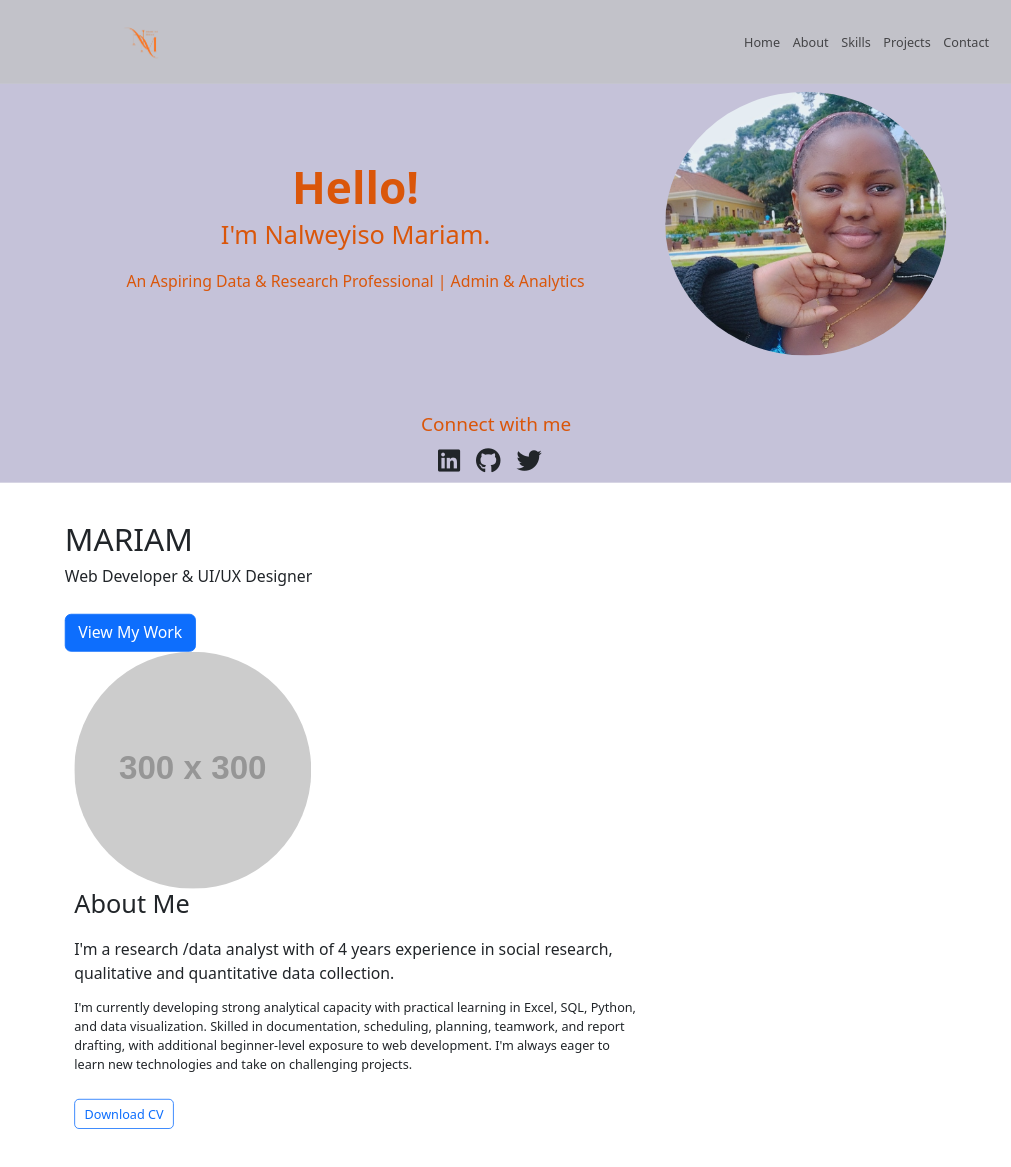
Repository: NalweMari/My-Personal-Portfolio
Page: index.html
The author's editor kept a copy of each file at every save. The page is drawn from the files as they stood at one save, then again after the next save.
The browser window is 1280 px wide. The pictures show the whole page, at 79% of full size.

Above is the page before, as saved 2025-11-27 22:13:50.
Console error (its wording comes from the project's code and is left out).

### index.html
<!DOCTYPE html>
<html lang="en">

<head>
    <meta charset="UTF-8">
    <meta name="viewport" content="width=device-width, initial-scale=1.0">
    <title>My Portfolio</title>
    <link rel="stylesheet" href="style.css">
    <!-- Bootstrap CSS -->
    <link href="https://cdn.jsdelivr.net/npm/bootstrap@5.3.0/dist/css/bootstrap.min.css" rel="stylesheet">
    <!-- Font Awesome for icons -->
    <link rel="stylesheet" href="https://cdnjs.cloudflare.com/ajax/libs/font-awesome/6.4.0/css/all.min.css">

</head>

<body>
    <!-- Navigation -->

    <nav class="navbar navbar-expand-lg navbar-light bg-custom">
        <div class="container me-2">
            <a class="navbar-brand" href="#"><img src="images/Initials_Logo-preview (1).png" alt="Your Logo"
                    height="80"></a> <button class="navbar-toggler" type="button" data- 6 toggle="collapse"
                data-target="#navbarNav" aria-controls="navbarNav" aria-expanded="false" aria-label="Toggle navigation">
                <span class="navbar-toggler-icon"></span> </button>
            <div class="collapse navbar-collapse" id="navbarNav">
                <ul class="navbar-nav ms-auto">
                    <a class="nav-link" href="#">Home</a>
                    </li>
                    <li class="nav-item">
                        <a class="nav-link" href="#">About</a>
                    </li>
                    <li class="nav-item">
                        <a class="nav-link" href="#">Skills</a>
                    </li>
                    <li class="nav-item">
                        <a class="nav-link" href="#">Projects</a>
                    </li>
                    <li class="nav-item"><a class="nav-link" href="#">Contact</a>
                    </li>
                </ul>
            </div>
        </div>
    </nav>

    <!-- Hero Section -->
    <!-- <section id="home" class="hero-section text-center">
        <div class="container">
            <h1 class="display-4 fw-bold">MARIAM</h1>
            <p class="lead">Web Developer & UI/UX Designer</p>
            <a href="#projects" class="btn btn-primary btn-lg mt-3">View My Work</a>
        </div>
    </section> -->
    <section id="home" class="hero-section text-center">
        <div class="container">
            <div class="row align-items-center">
                <div class="col-md-8">
                    <h1 class="display-4 fw-bold">Hello!</h1>
                    <h2 class="mb-4">I'm Nalweyiso Mariam.</h2>
                    <p class="lead">An Aspiring Data & Research Professional | Admin & Analytics</p>
                    <p></p>
                    <!-- <a href="#projects" class="btn btn-primary btn-lg mt-3">View My Work</a>
                    <a href="#" class="btn btn-outline-primary mt-3">Download CV</a> -->
                </div>
                <div class="col-md-4 text-center mb-4">
                    <img src="images/Profile design.png" alt="Profile" class="img-fluid rounded-circle large-profile">
                </div>
                <div class="row mt-5">
                    <div class="col text-center">
                        <h4>Connect with me</h4>
                        <div class="mt-3">
                            <a href="#" class="text-dark me-3"><i class="fab fa-linkedin fa-2x"></i></a>
                            <a href="#" class="text-dark me-3"><i class="fab fa-github fa-2x"></i></a>
                            <a href="#" class="text-dark me-3"><i class="fab fa-twitter fa-2x"></i></a>
                        </div>
                    </div>
                </div>
    </section>
    <!-- About Section -->

      <section id="about" class="py-5">
        <div class="container">
            <h1 class="">MARIAM</h1>
            <p class="lead">Web Developer & UI/UX Designer</p>
            <a href="#projects" class="btn btn-primary btn-lg mt-3">View My Work</a>
    <section id="about" class="">
        <div class="container">
            <div class="row align-items-center">
                <div class="display-4 fw-bold">
                    <img src="https://via.placeholder.com/300" alt="Profile" class="img-fluid rounded-circle">
                </div>
                <div class="col-md-8">
                    <h2 class="mb-4">About Me</h2>
                    <p class="lead">I'm a research /data analyst with of 4 years
                        experience in social research, qualitative and quantitative data collection.</p>
                    <p>I'm currently developing strong analytical capacity with practical learning in Excel, SQL,
                        Python,
                        and data visualization. Skilled in documentation, scheduling, planning, teamwork, and report
                        drafting, with additional beginner-level exposure to web development. I'm always eager to learn
                        new technologies and take on challenging projects.</p>
                    <a href="#" class="btn btn-outline-primary mt-3">Download CV</a>
                </div>
            </div>
        </div>
    </section>
    <script src="https://stackpath.bootstrapcdn.com/bootstrap/4.5.2/js/bootstrap.min.js"></script>
</body>

</html>

### Style.css
.bg-custom {
  background-color: rgba(3, 0, 31, 0.24);
}

.hero-section {
  background-color: rgba(13, 3, 99, 0.24);
  color:  rgb(218, 86, 10);
     /* color: white; */
  padding: 10px 0;
}
.large-profile {
    width: 400px;
    height: 400px;
    object-fit: cover;
}
/* .skill-bar {
  height: 20px;
  background-color: #e9ecef;
  border-radius: 5px;
  margin-bottom: 15px;
}
.skill-progress {
  height: 100%;
  border-radius: 5px;
  background-color: #0d6efd;
}
.project-card {
  transition: transform 0.3s;
}
.project-card:hover {
  transform: translateY(-5px);
} */

After the next save:
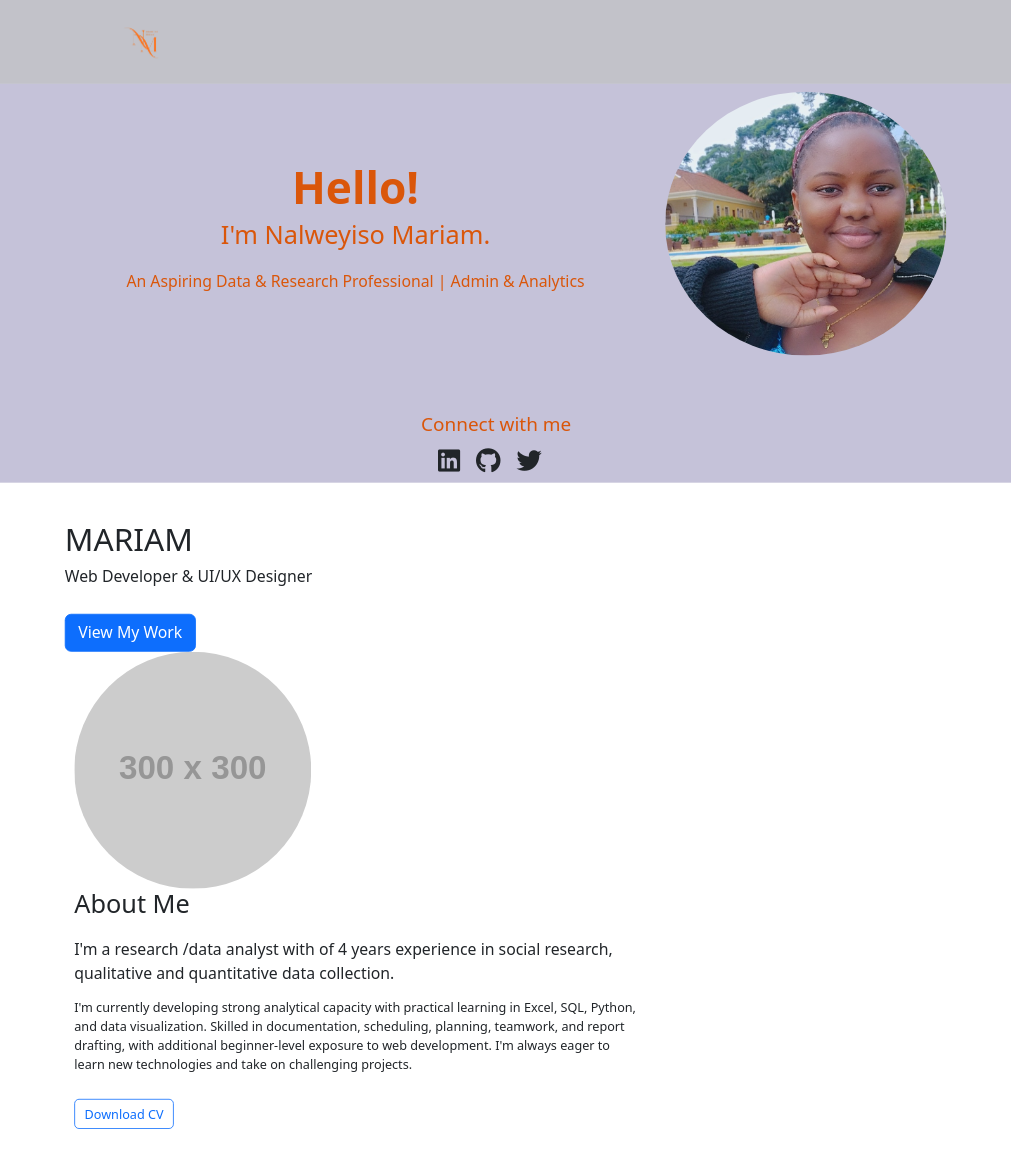
Saved 12 h 45 min later.
--- a/index.html
+++ b/index.html
@@ -24,19 +24,7 @@
                 <span class="navbar-toggler-icon"></span> </button>
             <div class="collapse navbar-collapse" id="navbarNav">
                 <ul class="navbar-nav ms-auto">
-                    <a class="nav-link" href="#">Home</a>
-                    </li>
-                    <li class="nav-item">
-                        <a class="nav-link" href="#">About</a>
-                    </li>
-                    <li class="nav-item">
-                        <a class="nav-link" href="#">Skills</a>
-                    </li>
-                    <li class="nav-item">
-                        <a class="nav-link" href="#">Projects</a>
-                    </li>
-                    <li class="nav-item"><a class="nav-link" href="#">Contact</a>
-                    </li>
+
                 </ul>
             </div>
         </div>
